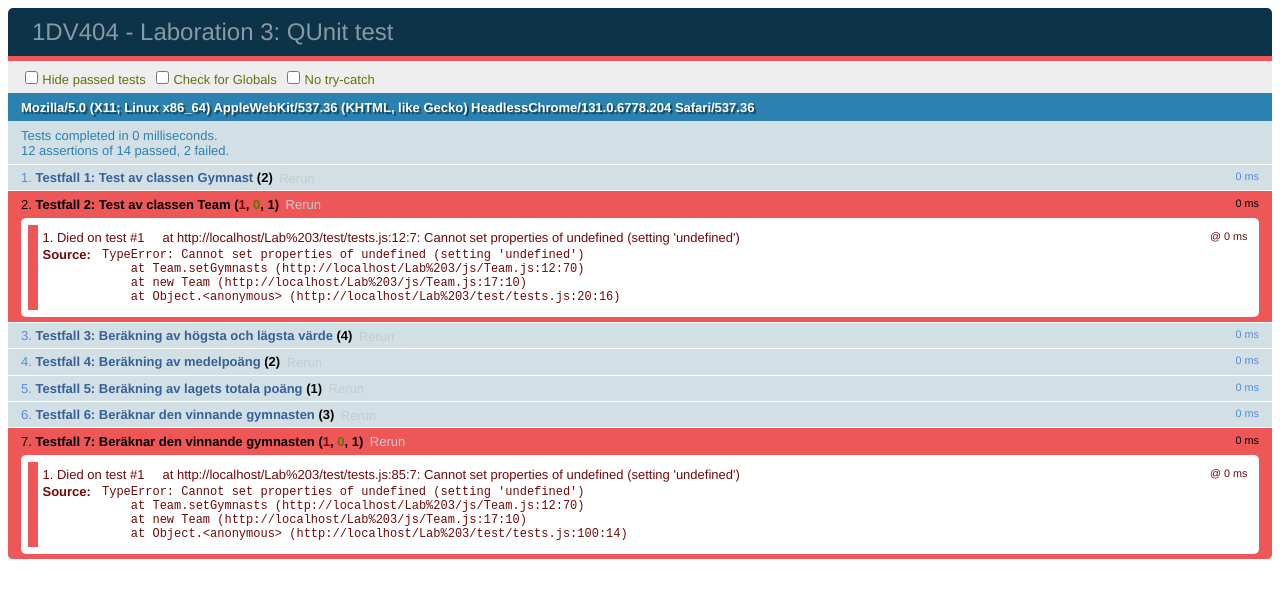
Repository: Holmewi/1dv404-jh222qr-laborationer
Page: Lab 3/test.html
The author's editor kept a record of every edit. The page is drawn from the files as they stood at one moment, then again after the next edit.
The browser window is 1280 px wide. The pictures show the whole page.

Above is the page before.

After the next edit:
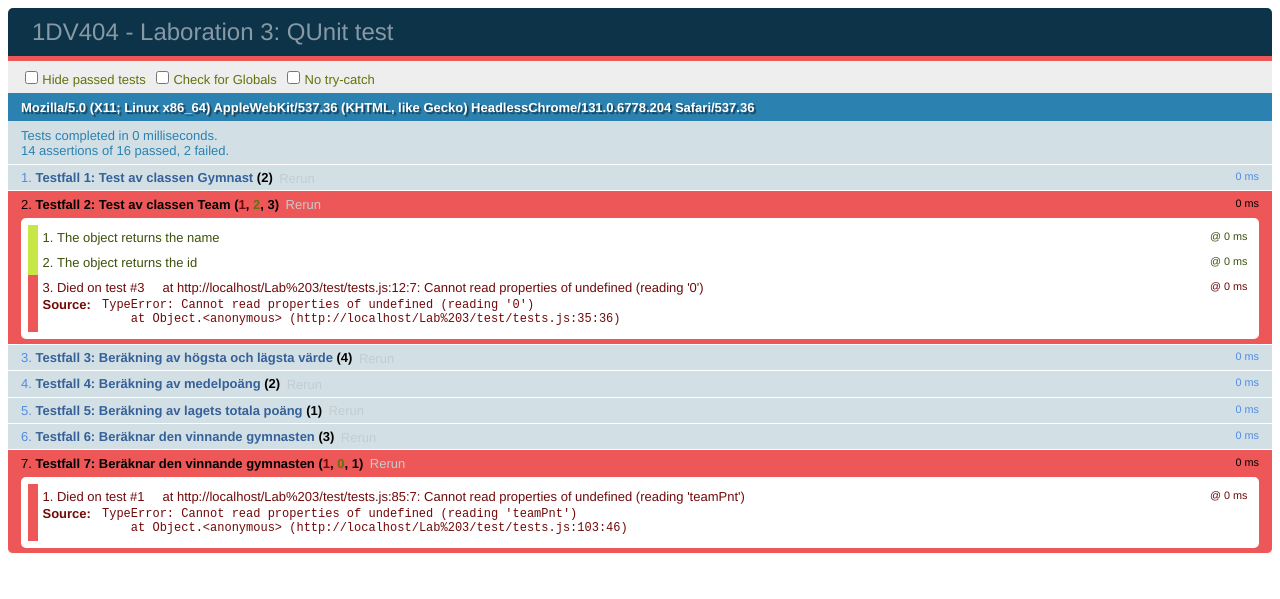
The edit:
--- a/Lab 3/js/Team.js
+++ b/Lab 3/js/Team.js
@@ -8,8 +8,8 @@
     this.setId = function(_id) { teamId = _id };
     this.getAmount = function() { return amount };
     this.setAmount = function(_amount) { amount = _amount };
-    this.getGymnasts = function() { return gymnasts[this.getCount]; };
-    this.setGymnasts = function(_gymnasts) { gymnasts[this.getCount] = _gymnasts };
+    this.getGymnasts = function() { return gymnasts; };
+    this.setGymnasts = function(_gymnasts) { gymnasts = _gymnasts };
 
     this.setName(teamName);
     this.setId(teamId);
